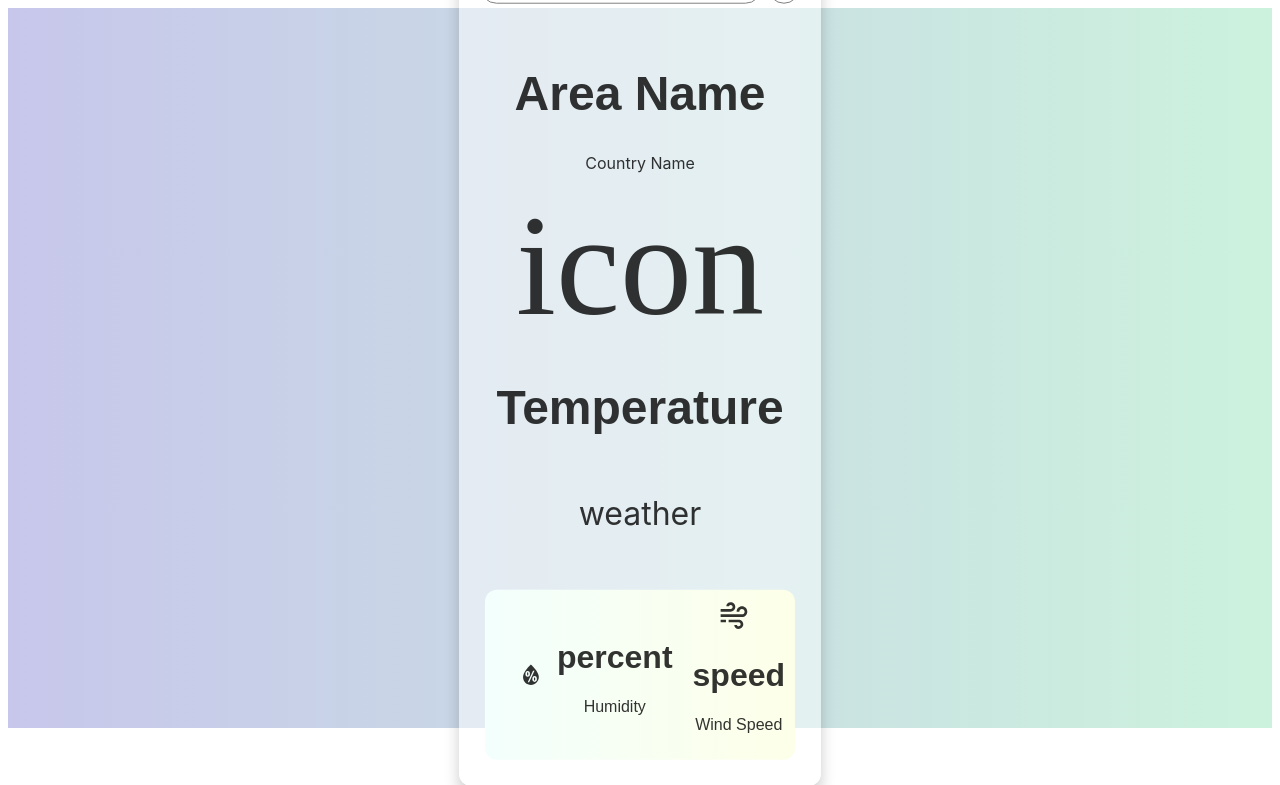
Repository: vaishnavik94/WeatherAPP
Page: /
The author's editor kept a copy of each file at every save. The page is drawn from the files as they stood at one save, then again after the next save.
The browser window is 1280 px wide. The pictures show the whole page.
The page's requests for data from a server got no answer. The project was rebuilt for these pictures with package versions that can differ from the ones it lists, and the page was loaded fresh each time. No one was signed in, and anything a server would have sent is missing.

Above is the page before, as saved 2024-04-15 19:00:01.

### public/index.html
<!DOCTYPE html>
<html lang="en">

  <head>
    <meta charset="utf-8" />
    <meta name="viewport" content="width=device-width, initial-scale=1" />
    <meta name="theme-color" content="#000000" />
    <meta name="description" content="Web site created using create-react-app"/>

    <title>React App</title>
  </head>

  <body>
    <noscript>You need to enable JavaScript to run this app.</noscript>
    <div id="root"></div>

  </body>

</html>

### src/App.tsx
import React from 'react';
import './App.css';
import DisplayWeather from './components/DisplayWeather';

function App() {
  return (
    <div className="App">
      <DisplayWeather/>
    </div>
  );
}

export default App;

### src/components/DisplayWeather.tsx
import React from 'react'
import { MainWrapper } from './styles.module'
import { AiOutlineSearch } from "react-icons/ai";
import { WiHumidity } from "react-icons/wi";
import { BiWind } from "react-icons/bi";
import { RiLoaderFill } from "react-icons/ri";
import { TiWeatherPartlySunny } from "react-icons/ti";
import { BsFillSunFill, BsFillCloudFill, BsFillCloudRainFill, BsCloudFog2Fill } from "react-icons/bs";
import axios, { Axios } from 'axios';


interface weatherDataProps{
    name: string;

    main: {
        temp?: number,   //Temperature in kelvin by default
        humidity?: number,
    },
    sys: {
        country: string;
    }[];
    wind: {
        speed?:number;
    },
    weather: {
        main: string;
    }
}

const DisplayWeather = () => {

    const api_key="0cc86d16bf572f78cdc96c096c7627e5";
    const api_Endpoint = "https://api.openweathermap.org/data/2.5/";

    const [weatherData, setWeatherData] = React.useState<weatherDataProps | null>(null)

    const fetchCurrentWeather = async (lat:number, lon:number) =>{
        const url = `${api_Endpoint}weather?lat=${lat}&lon=${lon}&appid=${api_key}&unit=metric`;
        const response = await axios.get(url);

        return response.data;
    }


    React.useEffect(() =>{
        navigator.geolocation.getCurrentPosition((position) => {
            const { latitude, longitude} = position.coords;
            Promise.all([fetchCurrentWeather(latitude,longitude)]).then(
                ([currentWeather]) => {
                    console.log(currentWeather)
                }
            )
        })
    })

  return (
    <MainWrapper>

        <div className="container">
            <div className="searchArea">
                <input type="text" placeholder='Search City...' id="cityInput"/>

                <div className="searchCircle">
                    <AiOutlineSearch className='searchIcon' />
                </div>
            </div>

            <div className="weatherArea">
                <h1>Area Name</h1>
                <span>Country Name</span>
                <div className="icon">
                    icon
                </div>
                <h1>Temperature</h1>
                <h2>weather</h2>
            </div>

            <div className="bottomInfoArea">
                <div className="humidityLevel">
                    <WiHumidity className='windIcon'/>
                    <div className="humidInfo">
                        <h1>percent</h1>
                        <p>Humidity</p>
                    </div>
                </div>

                <div className="windLevel">
                    <BiWind className='windIcon'/>
                    <div className="windInfo">
                        <h1>speed</h1>
                        <p>Wind Speed</p>
                    </div>
                </div>

            </div>
        </div>

    </MainWrapper>
  );
};

export default DisplayWeather

### src/components/styles.module.ts
import styled from "styled-components";


export const MainWrapper = styled.div`
height: 100vh;
background: linear-gradient(to right, #c7c7eb, #ccf2dd);
.container {
background-color: #ffffff7d;
border-radius: 12px;
padding: 1rem;
position: absolute;
top: 50%;
left: 50%;
transform: translate(-50%, -50%);
box-shadow: 0 10px 15px rgb(0 0 0 / 20%);
box-sizing: border-box;
color: rgba(0, 0, 0, 0.8);
background-blend-mode: overlay;
justify-content: space-between;
align-items: center;
flex-direction: column;
position: absolute;
}


.searchArea {
margin-top: 20px;
display: flex;
justify-content: space-evenly;
align-items: center;
width: 100%;
}


.searchArea > input {
outline: none;
border: none;
border: 1px solid grey;
padding: 8px;
border-radius: 20px;
text-align: center;
width: 80%;
background: transparent;
}
.searchCircle {
border: 1px solid grey;
width: 30px; /* Adjust the width of the circle as needed */
height: 30px; /* Ensure the height matches the width for a perfect circle */
border-radius: 50%;
display: flex;
justify-content: center;
align-items: center;
cursor: pointer;


> .searchIcon {
font-size: 20px;
color: grey;
}
}


.weatherArea {
display: flex;
align-items: center;
flex-direction: column;
margin: 30px 0;


> .icon {
font-size: 9rem;


/* DO LATER NOT WHEN CREATING UI */
}


> h1 {
font-size: 3rem;


font-family: "Bebas Neue", sans-serif;
}


> span {
margin-bottom: 10px;
font-family: "Inter", sans-serif;
}


> h2 {
font-size: 2rem;
font-family: "Inter", sans-serif;
font-weight: 400;
}
}


.bottomInfoArea {
display: flex;
align-items: center;
justify-content: space-around;
font-family: "Josefin Sans", sans-serif;
margin: 10px;
background: linear-gradient(
90deg,
rgba(243, 255, 253, 1) 0%,
rgba(253, 255, 232, 1) 100%
);
border-radius: 12px;
padding: 10px;
}
.humidityLevel,
.wind {
display: flex;
align-items: center;
margin: 0 20px;


> .humidIcon {
font-size: 3rem;
}
}


.windIcon {
font-size: 2rem;
margin-right: 10px;
}


.loading {
height: 400px;
width: 300px;
display: flex;
flex-direction: column;
justify-content: center;
align-items: center;
z-index: 9999;


.loadingIcon {
font-size: 3rem;
/* DO LATER NOT WHEN CREATING UI */
animation: spin 2s linear infinite;
}
p {
font-size: 22px;
margin-top: 10px;
font-family: "Josefin Sans", sans-serif;
}
}


/* DO LATER NOT WHEN CREATING UI */
@keyframes spin {
from {
transform: rotate(0deg);
}
to {
transform: rotate(360deg);
}
}
`;

Loaded but not shown: src/index.tsx (common file); src/App.css (common file)

After the next save:
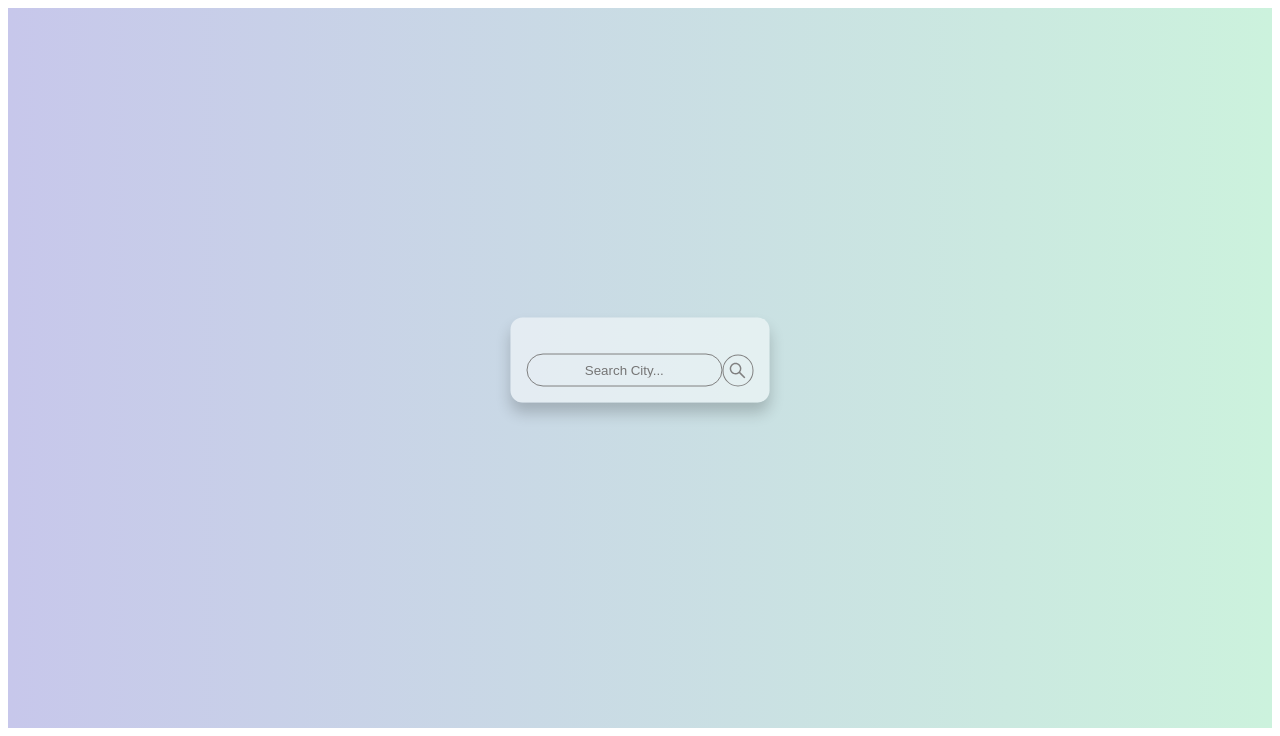
Saved 5 min 10 s later.
--- a/src/components/DisplayWeather.tsx
+++ b/src/components/DisplayWeather.tsx
@@ -65,34 +65,41 @@ const DisplayWeather = () => {
                 </div>
             </div>
 
-            <div className="weatherArea">
-                <h1>Area Name</h1>
-                <span>Country Name</span>
-                <div className="icon">
-                    icon
-                </div>
-                <h1>Temperature</h1>
-                <h2>weather</h2>
-            </div>
 
-            <div className="bottomInfoArea">
-                <div className="humidityLevel">
-                    <WiHumidity className='windIcon'/>
-                    <div className="humidInfo">
-                        <h1>percent</h1>
-                        <p>Humidity</p>
+            {weatherData && (
+                <>
+                    <div className="weatherArea">
+                        <h1>Area Name</h1>
+                        <span>Country Name</span>
+                        <div className="icon">
+                            icon
+                        </div>
+                        <h1>Temperature</h1>
+                        <h2>weather</h2>
                     </div>
-                </div>
 
-                <div className="windLevel">
-                    <BiWind className='windIcon'/>
-                    <div className="windInfo">
-                        <h1>speed</h1>
-                        <p>Wind Speed</p>
+                    <div className="bottomInfoArea">
+                        <div className="humidityLevel">
+                            <WiHumidity className='windIcon'/>
+                            <div className="humidInfo">
+                                <h1>percent</h1>
+                                <p>Humidity</p>
+                            </div>
+                        </div>
+
+                        <div className="windLevel">
+                            <BiWind className='windIcon'/>
+                            <div className="windInfo">
+                                <h1>speed</h1>
+                                <p>Wind Speed</p>
+                            </div>
+                        </div>
+
                     </div>
-                </div>
+                </>
+            )}
 
-            </div>
+
         </div>
 
     </MainWrapper>
